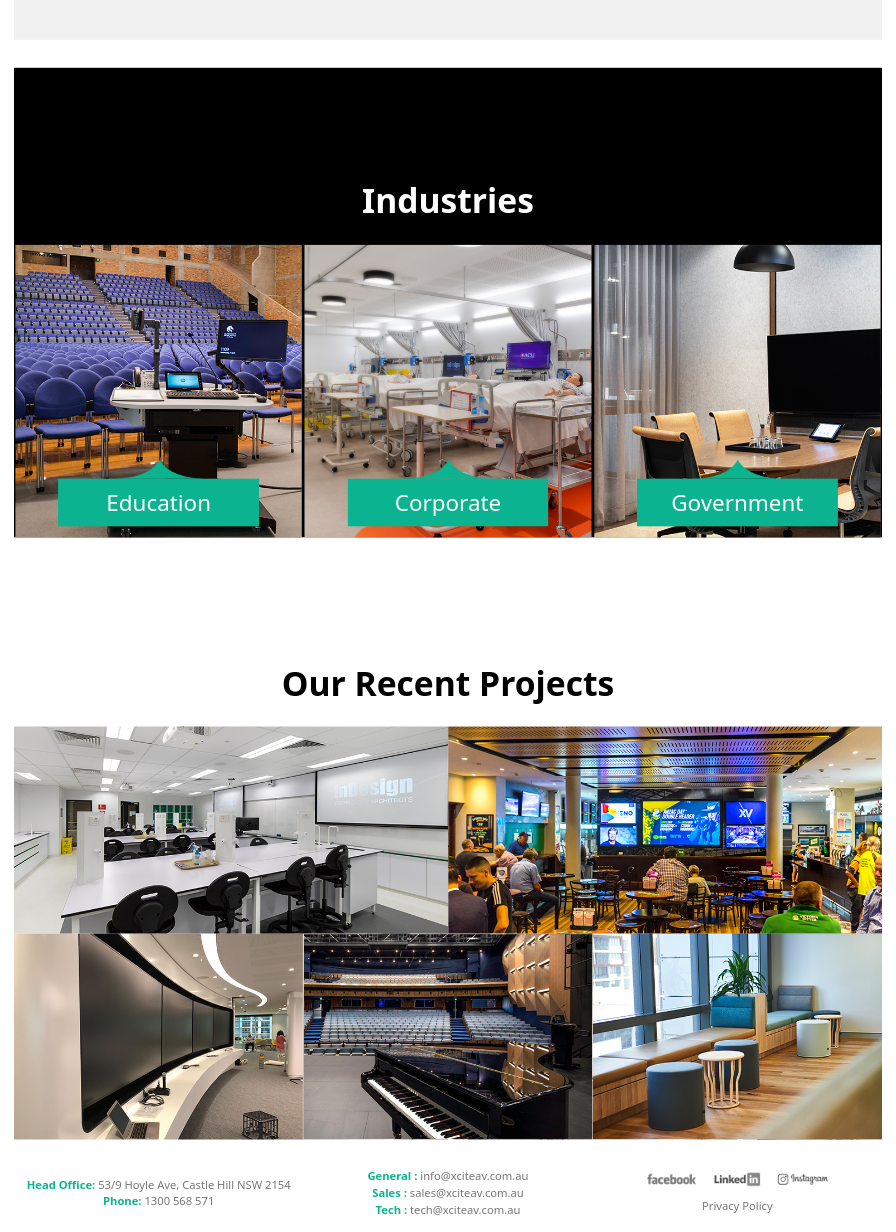
Repository: Imprasna/designplus
Page: index.html
These files come from the project's save history. The page is drawn as it stood at one moment and after a run of saves; the edit follows.
The browser window is 1280 px wide. The pictures show the part of the page from y = 1217 to 3137 px (the page is 2977 px tall before and 3137 px after), at 70% of full size.

Above is the page before, as saved 2022-03-16 23:31:30.

### index.html
<!DOCTYPE html>
<html lang="en">

<head>
  <meta charset="UTF-8">
  <meta http-equiv="X-UA-Compatible" content="IE=edge">
  <meta name="viewport" content="width=device-width, initial-scale=1.0">
  <link href="https://cdn.jsdelivr.net/npm/bootstrap@5.1.3/dist/css/bootstrap.min.css" rel="stylesheet"
    crossorigin="anonymous">
  <script src="https://cdn.jsdelivr.net/npm/bootstrap@5.1.3/dist/js/bootstrap.bundle.min.js" crossorigin="anonymous">
  </script>
  <link rel="stylesheet" href="style.css">
  <title>DesignPlus</title>
</head>

<body>

  <header>
    <div class="container-fluid">
      <nav class="navbar navbar-expand-lg navbar-light bg-light">
        <div class="container-fluid">
          <a class="navbar-brand" href="#"><img src="assets/Images/XCITEAV_logo.svg" alt=""></a>
          <button class="navbar-toggler" type="button" data-bs-toggle="collapse"
            data-bs-target="#navbarSupportedContent" aria-controls="navbarSupportedContent" aria-expanded="false"
            aria-label="Toggle navigation">
            <span class="navbar-toggler-icon"></span>
          </button>
          <div class="collapse navbar-collapse" id="navbarSupportedContent">
            <ul class="navbar-nav ms-auto mb-2 mb-lg-0">
              <li class="nav-item">
                <a class="nav-link active" aria-current="page" href="#">About</a>
              </li>
              <li class="nav-item">
                <a class="nav-link" href="#">Industries</a>
              </li>
              <li class="nav-item">
                <a class="nav-link" href="#">Xcite Care</a>
              </li>
              <li class="nav-item">
                <a class="nav-link" href="#">Projects</a>
              </li>
              <li class="nav-item">
                <a class="nav-link" href="#">Clients</a>
              </li>
              <li class="nav-item">
                <a class="nav-link" href="#">Contact Us</a>
              </li>
              <li class="nav-item tel-phone">
                <a href="tel:1300568571" class="nav-link">T: 1300 568 571</a>
              </li>
            </ul>
            <!-- <form class="d-flex">
                      <input class="form-control me-2" type="search" placeholder="Search" aria-label="Search">
                      <button class="btn btn-outline-success" type="submit">Search</button>
                    </form> -->
          </div>
        </div>
      </nav>
    </div>
  </header>

  <main>
    <section>
      <div class="container-fluid hero_sec">
        <img src="assets/Images/hero-banner.jpg" alt="">
        <p class="hero_texts">
          <span>Focused on</span> Providing reliable, robust solutions
        </p>
      </div>
    </section>

    <section>
      <div class="container-fluid second_sec">
        <div class="container-fluid">
          <div class="row second_sec-block">
            <div class="col-sm-5 col-md-6">
              <p>
                <span>Xcite Audio Visual</span> is a technology based company focused on providing reliable, robust
                solutions that enhance the user experience for our client's projects.
              </p>
              <p class="description">
                Since 2009, Xcite Audio Visual has been a leading audio visual integration specialist.
              </p>
              <a href="#">Read More</a>
            </div>
            <div class="col-sm-5 col-md-6 second_sec-img">
              <img src="assets/Images/about-ring.png" alt="">
              <p class="fifty">
                <span>50</span>
                years Experience
              </p>
            </div>
          </div>
        </div>
      </div>
    </section>

    <section>
      <div class="container-fluid industries">
        <div class="container-fluid">
          <div class="row industries_block">
            <h1>Industries</h1>
            <div class="col-md-4 g-1 align-items-end">
              <div class="card" style="width: 100%;">
                <img src="assets/Images/service_education.jpg" class="card-img-top" alt="...">
                <a href="#" class="btn btn-primary">Education</a>
                <!-- <div class="card-body">
                </div> -->
              </div>
            </div>
            <div class="col-md-4 g-1 align-items-end">
              <div class="card" style="width: 100%;">
                <img src="assets/Images/service_government.jpg" class="card-img-top" alt="...">
                <a href="#" class="btn btn-primary">Corporate</a>
                <!-- <div class="card-body">
                </div> -->
              </div>
            </div>
            <div class="col-md-4 g-1 align-items-end">
              <div class="card" style="width: 100%;">
                <img src="assets/Images/service_corporate.jpg" class="card-img-top" alt="...">
                <a href="#" class="btn btn-primary">Government</a>
                <!-- <div class="card-body">
                </div> -->
              </div>
            </div>
          </div>
        </div>
      </div>
    </section>

    <section>
      <div class="container-fluid third_sec">
        <div class="container-fluid">
          <div class="row third_sec-block">
            <h1>Our Recent Projects</h1>
            <div class="col-md-6 gx-0">
              <img src="assets/Images/recent_project_01.jpg" alt="">
            </div>
            <div class="col-md-6 gx-0">
              <img src="assets/Images/recent_project_02.jpg" alt="">
            </div>
          </div>
          <div class="row third_sec-block-2">
            <div class="col-md-4 gx-0">
              <img src="assets/Images/recent_project_03.jpg" alt="">
            </div>
            <div class="col-md-4 gx-0">
              <img src="assets/Images/recent_project_04.jpg" alt="">
            </div>
            <div class="col-md-4 gx-0">
              <img src="assets/Images/recent_project_05.jpg" alt="">
            </div>
          </div>
        </div>
      </div>
    </section>

  </main>

  <footer>
    <div class="container-fluid footer_sec">
      <div class="container-fluid">
        <div class="row align-items-center footer_sec-block">
            <div class="col-md-4 text-center top_sec">
              <p>Head Office: <a href="#">53/9 Hoyle Ave, Castle Hill NSW 2154</a></p>
              <p>Phone: <a href="tel:1300 568 571">1300 568 571</a></p>
            </div>
            <div class="col-md-4 text-center">
              <p>General :<a href="#"> info@xciteav.com.au</a> </p>
              <p>Sales :<a href="#"> sales@xciteav.com.au</a> </p>
              <p>Tech :<a href="#"> tech@xciteav.com.au</a> </p>
            </div>
            <div class="col-md-4 text-center social_icons">
              <div>
                <img src="assets/Images/social-facebook-icon.png" alt="">
                <img src="assets/Images/social-linkedin-icon.png" alt="">
                <img src="assets/Images/social-instagram-icon.png" alt="">
              </div>
              <a href="#">Privacy Policy</a>
            </div>
        </div>
      </div>
    </div>
  </footer>



</body>

</html>

### style.css
* {
    margin: 0;
    padding: 0;
    box-sizing: border-box;
}

html {
    scroll-behavior: smooth;
}


.hero_sec > img {
    width: 100%;
}

.container-fluid.hero_sec {
    padding: 0;
    position: relative;
}

p.hero_texts {
    position: absolute;
    top: 40%;
    left: 5%;
    font-size: 3.2rem;
    line-height: 1.3;
    font-weight: 700;
    color: #fff;
    max-width: 35%;
    width: 28%;
    z-index: 2;
}

p.hero_texts > span {
    position: relative;
    z-index: 2;
}

p.hero_texts > span::after {
    content: '';
    position: absolute;
    bottom: 7px;
    left: 0;
    width: 100%;
    height: 10px;
    background: #0BB390;
    z-index: -1;
}

.container-fluid.second_sec {
    padding: 20px;
    background: #fff;
}

.container-fluid.second_sec > .container-fluid {
    background: #f1f1f1;
}

.row.second_sec-block {
    display: flex;
    align-items: center;
    width: 95%;
    margin: 0 auto;
    padding: 4rem 0;
}

.row.second_sec-block > .col-sm-5.col-md-6 > p {
    font-size: 2.5rem;
    line-height: 1.3;
    font-weight: 600;
}

.row.second_sec-block > .col-sm-5.col-md-6 > p span {
    color: #0BB390;
}

.col-sm-5.col-md-6.second_sec-img {
    display: flex;
    justify-content: end;
    position: relative;
}

.row.second_sec-block > .col-sm-5.col-md-6 > p.description {
    font-size: 1.5rem;
    font-weight: 400;
}

.col-sm-5.col-md-6 > a {
    text-decoration: none;
    font-size: 1.1rem;
    font-weight: 700;
    color: #000;
    position: relative;
}

.col-sm-5.col-md-6 > a::after {
    content: '';
    position: absolute;
    height: 1px;
    width: 50px;
    background: #000;
    top: 13px;
    left: 110%;
}

.col-sm-5.col-md-6 > a::before {
    content: '';
    position: absolute;
    height: 13px;
    width: 13px;
    background: #99CF16;
    border-radius: 50%;
    left: 120%;
    top: 7px;
    z-index: 1;
}

.col-sm-5.col-md-6.second_sec-img > img {
    width: 60%;
    height: 100%;
}

.col-sm-5.col-md-6.second_sec-img > p.fifty {
    position: absolute;
    top: 6rem;
    left: 70%;
    display: flex;
    flex-direction: column;
    align-items: center;
    text-transform: uppercase;
    width: 1%;
    text-align: center;
}

.col-sm-5.col-md-6.second_sec-img > p.fifty span {
    font-size: 3em;
    font-weight: 700;
    color: #000;
}


.container-fluid.industries {
    background: #fff;
    padding: 20px 20px 0;
}

.container-fluid.industries > .container-fluid {
    background: #000;
}

.row.industries_block {
    padding-top: 10rem;
}

.row.industries_block > h1 {
    font-size: 3rem;
    font-weight: 700;
    color: #fff;
    text-align: center;
    margin-bottom: 2rem;
}

.card {
    border-radius: 0;
    position: relative;
    border: none;
}

.card > img {
    border-radius: 0;
}

a.btn.btn-primary {
    width: 70%;
    margin: 0 auto;
    padding: 10px 2px;
    position: absolute;
    bottom: 1rem;
    left: 15%;
    border-radius: 0;
    background: #0BB390;
    outline: none;
    border: none;
    font-size: 2rem;
    font-weight: 500;
}

a.btn.btn-primary::before {
    content: url(./assets/Images/service-shape.png);
    position: absolute;
    bottom: 3.5rem;
    left: 0;
    width: 100%;
}

.container-fluid.third_sec {
    padding: 20px;
    background: #fff;
}

.row.third_sec-block > .col-md-6.gx-0 > img {
    width: 100%;
}

.row.third_sec-block-2 > .col-md-4.gx-0 > img {
    width: 100%;
    height: auto;
}

.row.third_sec-block {
    padding-top: 10rem;
}

.row.third_sec-block > h1 {
    font-size: 3rem;
    font-weight: 700;
    color: #000;
    text-align: center;
    margin-bottom: 2rem;
}

.container-fluid.footer_sec {
    padding: 20px;
    background: #fff;
}

.container-fluid.footer_sec > hr {
    border-top: 1px solid #000;
}

.col-md-4.text-center > p {
    color: #0BB390;
    font-weight: 600;
    margin-bottom: 0;
}

.col-md-4.text-center > p > a {
    font-weight: 400;
    color: #777;
    text-decoration: none;
}

.col-md-4.text-center.social_icons > div {
    display: flex;
    justify-content: center;
    gap: 1rem;
}

.col-md-4.text-center.social_icons > div > img {
    width: 20%;
    filter: grayscale(1);
    opacity: .7;
    margin-bottom: 15px;
}

.col-md-4.text-center.social_icons > a {
    text-decoration: none;
    font-size: 1rem;
    color: #777;
}

After the next 2 saves:
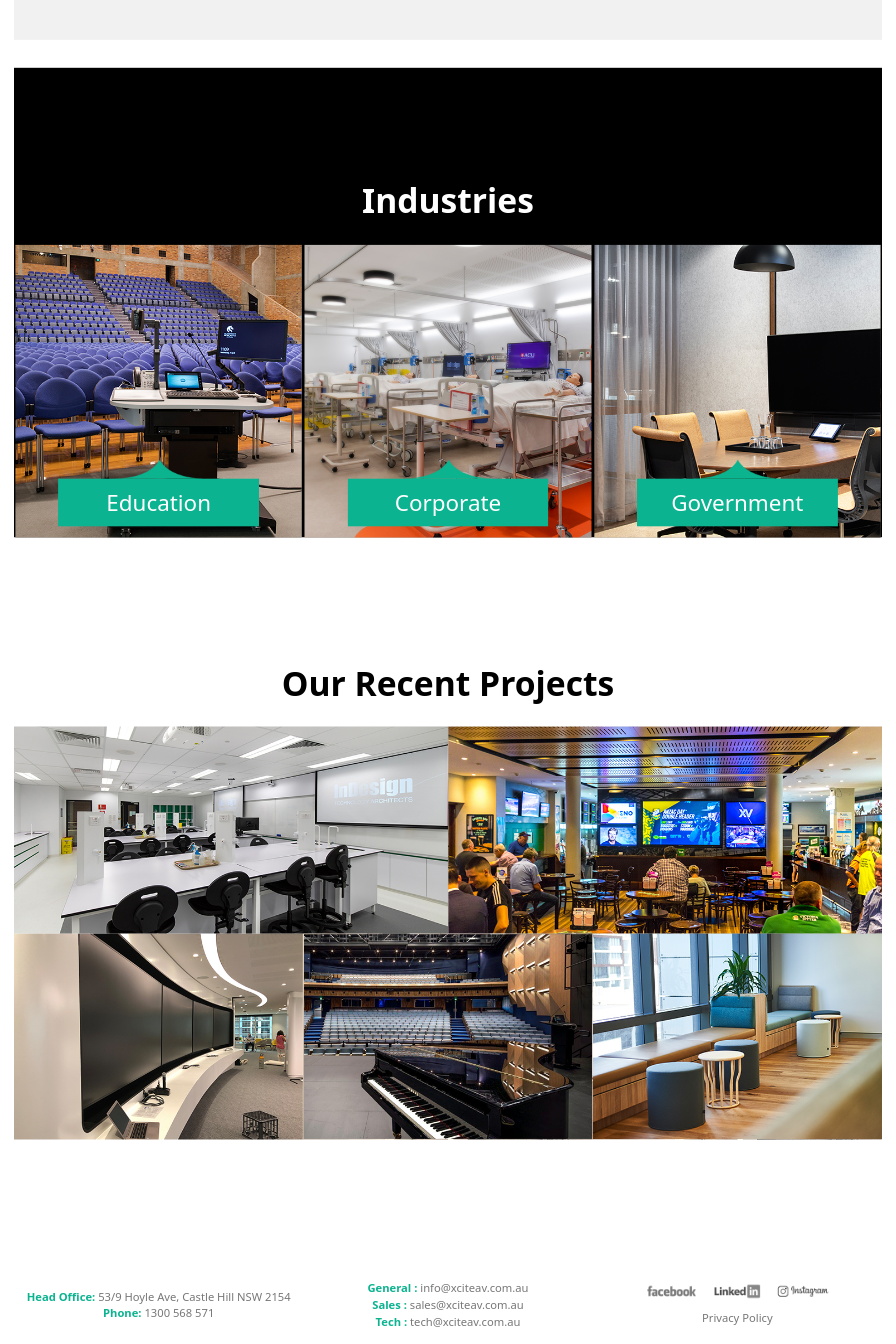
The 2 saves are shown as one change because they came seconds apart.
The last was saved 87 s later.
--- a/style.css
+++ b/style.css
@@ -224,8 +224,8 @@
     background: #fff;
 }
 
-.container-fluid.footer_sec > hr {
-    border-top: 1px solid #000;
+.row.align-items-center.footer_sec-block {
+    padding-top: 10rem;
 }
 
 .col-md-4.text-center > p {
